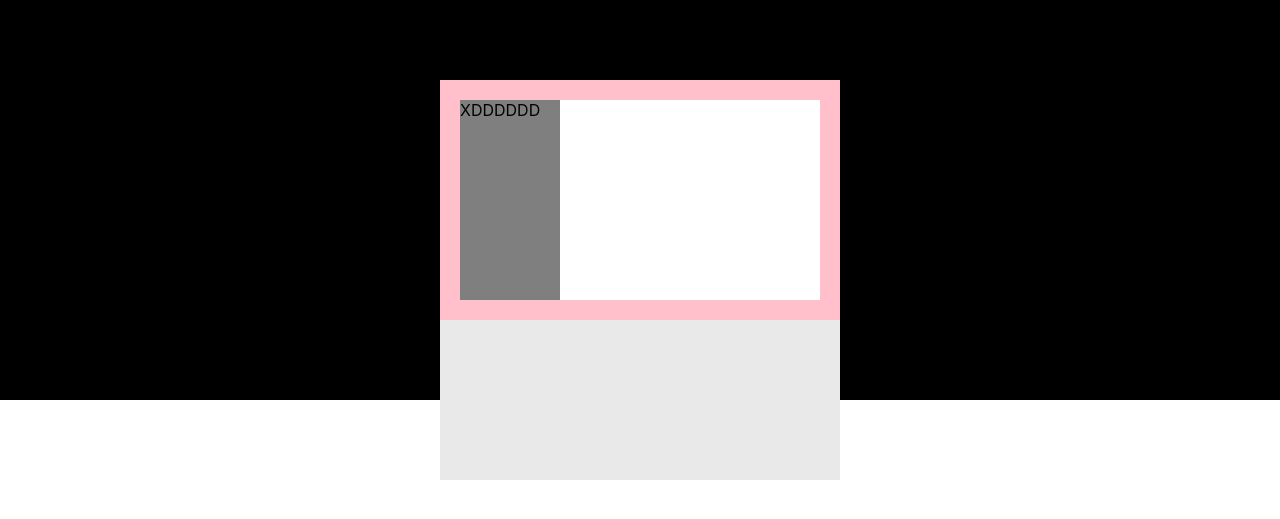
Repository: piookr-wsei/8086
Page: /
The author's editor kept a copy of each file at every save. The page is drawn from the files as they stood at one save, then again after the next save.
The browser window is 1280 px wide. The pictures show the whole page.
The project was rebuilt for these pictures with package versions that can differ from the ones it lists, and the page was loaded fresh each time.

Above is the page before, as saved 2022-06-16 23:56:09.

After the next save:
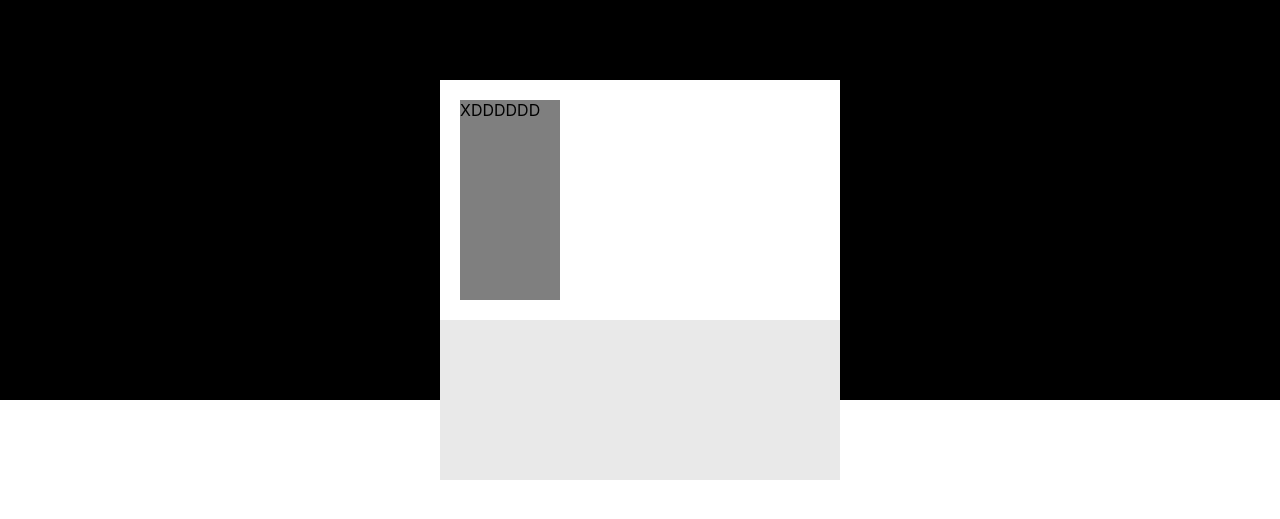
Saved 14 s later.
--- a/src/Components/Components.elements.js
+++ b/src/Components/Components.elements.js
@@ -10,7 +10,7 @@ top: 80px;
 `
 
 export const UiWrapper = styled.div`
-border: 20px solid pink;
+border: 20px solid transparent;
 background: #fff;
 `
 
